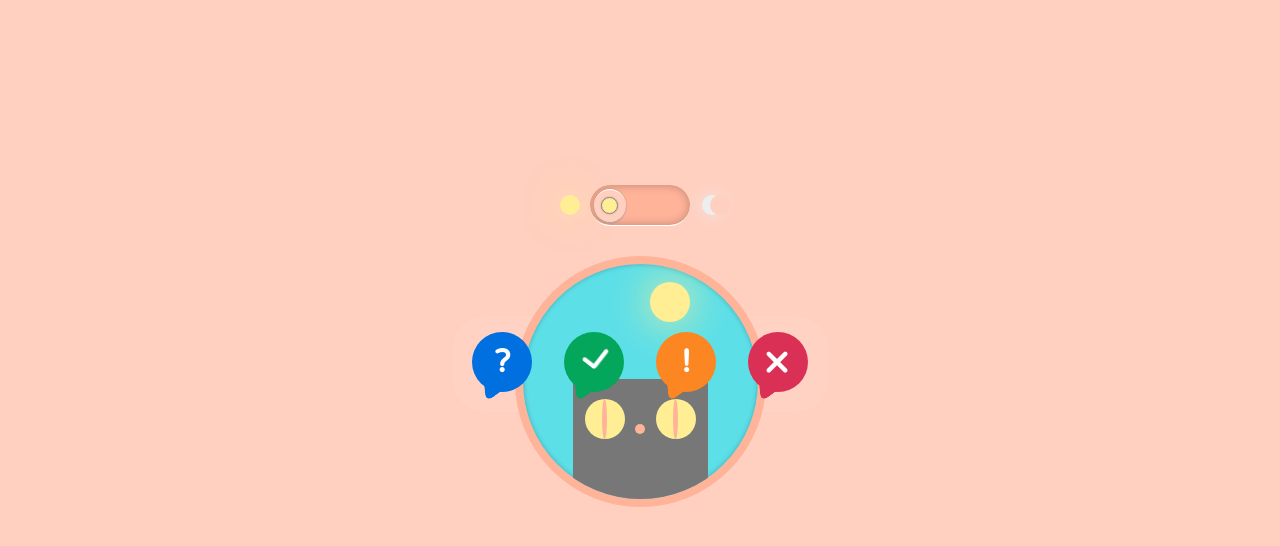
Repository: KHANas02/cat_1
Page: index.html
An editor plug-in stored every save of this project. The page is shown before and after the next save, followed by the edit.
The browser window is 1280 px wide. The pictures show the whole page.

Above is the page before, as saved 2024-03-31 06:24:50.

### index.html
<!DOCTYPE html>
<html lang="en">
  <head>
    <meta charset="UTF-8" />
    <meta name="viewport" content="width=device-width, initial-scale=1.0" />
    <title>asa</title>
    <link rel="stylesheet" href="./style.css" />
  </head>
  <body>
    <input type="checkbox" name="t-help" id="t-help" checked />
    <input type="checkbox" name="t-success" id="t-success" checked />
    <input type="checkbox" name="t-warning" id="t-warning" checked />
    <input type="checkbox" name="t-error" id="t-error" checked />
    <div class="toast-panel">
      <div class="toast-item help">
        <div class="toast help">
          <label for="t-help" class="close"></label>
          <h3>Help!</h3>
          <p>
            Do you have a problem? Just use this <a href="#">contact form</a>.
          </p>
        </div>
      </div>
      <div class="toast-item success">
        <div class="toast success">
          <label for="t-success" class="close"></label>
          <h3>Success!</h3>
          <p>Your message has been sent successfully.</p>
        </div>
      </div>
      <div class="toast-item warning">
        <div class="toast warning">
          <label for="t-warning" class="close"></label>
          <h3>Warning!</h3>
          <p>Sorry, there was a problem with your request.</p>
        </div>
      </div>
      <div class="toast-item error">
        <div class="toast error">
          <label for="t-error" class="close"></label>
          <h3>Error!</h3>
          <p>Change a few thing up and try submitting again.</p>
        </div>
      </div>
      <div class="toast-icons">
        <label for="t-help" class="toast-icon icon-help"></label>
        <label for="t-success" class="toast-icon icon-success"></label>
        <label for="t-warning" class="toast-icon icon-warning"></label>
        <label for="t-error" class="toast-icon icon-error"></label>
      </div>
    </div>
    <br /><br /><br /><br />

    <div class="the-container">
      <input type="checkbox" id="toggle" />
      <label for="toggle"></label>

      <div class="day-night-cont">
        <span class="the-sun"></span>
        <div class="the-moon"><span class="moon-inside"></span></div>
      </div>

      <div class="switch">
        <div class="button">
          <div class="b-inside"></div>
        </div>
      </div>

      <div class="c-window">
        <span class="the-sun"></span>
        <span class="the-moon"></span>

        <div class="the-cat">
          <div class="cat-face">
            <section class="eyes left"><span class="pupil"></span></section>
            <section class="eyes right"><span class="pupil"></span></section>

            <span class="nose"></span>
          </div>
        </div>
      </div>
    </div>
  </body>
</html>

### style.css
@import url('https://fonts.googleapis.com/css2?family=Varela+Round&display=swap');

:root {
	--tr: all 0.5s ease 0s;
	--ch1: #05478a;
	--ch2: #0070e0;
	--cs1: #005e38;
	--cs2: #03a65a;
	--cw1: #c24914;
	--cw2: #fc8621;
	--ce1: #851d41;
	--ce2: #db3056;
}

body {
	margin: 0;
	padding: 0;
	width: 100vw;
	height: 100vh;
	overflow: hidden;
	display: flex;
	align-items: center;
	justify-content: flex-end;
	flex-direction: column;
	background: radial-gradient(circle at 50% 100%, #1d2232, #262434);
	font-family: "Varela Round", sans-serif;
}

.toast-panel {
	display: flex;
	flex-direction: column;
	align-items: center;
	justify-content: center;
	transition: var(--tr);
	position: absolute;
	padding: 0 1rem;
	height: 100%;
	min-height: 20rem;
	min-width: 375px;
}

.toast-item {
	overflow: hidden;
	max-height: 25rem;
	transition: var(--tr);
	animation: show-toast 4s ease 3s 1;
}

@keyframes show-toast {
	0%, 50%, 100% { max-height: 0; opacity: 0; }
	10%, 25% { max-height: 15rem; opacity: 1; }
}

.toast {
	background-color: #232b2b;
	background: var(--bg);
	color: #f5f5f5;
	padding: 1rem 2rem 1rem 6rem;
	text-align: center;
	border-radius: 2rem;
	position: relative;
	font-weight: 300;
	margin: 1.75rem 0 1rem;
	text-align: left;
	max-width: 15rem;
	transition: var(--tr);
	opacity: 1;
}

.toast:before {
	content: "";
	position: absolute;
	width: 5.5rem;
	height: 6rem;
	--drop:
		radial-gradient(circle at 64% 51%, var(--clr) 0.45rem, #fff0 calc(0.45rem + 1px)), /*ball 1*/
		radial-gradient(circle at 100% 100%, #fff0 0.9rem, var(--clr) calc(0.9rem + 1px) 1.25rem, #fff0 calc(1.25rem + 1px) 100%), /*neck 2*/
		radial-gradient(circle at 0% 0%, #fff0 0.9rem, var(--clr) calc(0.9rem + 1px) 1.25rem, #fff0 calc(1.25rem + 1px) 100%), /*neck 1*/
		radial-gradient(circle at 0% 120%, var(--clr) 4rem, #fff0 calc(4rem + 1px)) /*big 1*/;
	background:
		radial-gradient(circle at 22% 3.8rem, var(--clr) 0.75rem, #fff0 calc(0.75rem + 1px)), /*ball 8*/
		radial-gradient(circle at 95% 1.9rem, var(--clr) 0.07rem, #fff0 calc(0.07rem + 1px)), /*ball 7*/
		radial-gradient(circle at 80% 2.25rem, var(--clr) 0.18rem, #fff0 calc(0.18rem + 1px)), /*ball 6*/
		radial-gradient(circle at 80% 75%, var(--clr) 0.35rem, #fff0 calc(0.35rem + 1px)), /*ball 5*/
		radial-gradient(circle at 43% 2.3rem, var(--clr) 0.07rem, #fff0 calc(0.07rem + 1px)), /*ball 4*/
		radial-gradient(circle at 40% 1rem, var(--clr) 0.12rem, #fff0 calc(0.12rem + 1px)), /*ball 3*/
		radial-gradient(circle at 20% 1.5rem, var(--clr) 0.25rem, #fff0 calc(0.25rem + 1px)), /*ball 2*/
		var(--drop),
		#f000;
	background-repeat: no-repeat;
	background-size: 100% 100%, 100% 100%, 100% 100%, 100% 100%, 100% 100%, 100% 100%, 100% 100%, 100% 100%, 1.625rem 1.625rem, 1.625rem 1.625rem, 100% 100%, 100% 100%;
	background-position: 0 0, 0 0, 0 0, 0 0, 0 0, 0 0, 0 0, 0 0, calc(100% - 1.75rem) 2.85rem, calc(100% - 1.75rem) 2.95rem, 0 0, 0 0;
	bottom: 0rem;
	left: 0rem;
	z-index: 0;
	border-radius: 0 0 0 2rem;
}

.toast:after {
	content: "";
	position: absolute;
	width: 3.5rem;
	height: 3.5rem;
	background: var(--clr);
	top: -1.75rem;
	left: 2rem;
	border-radius: 3rem;
	padding-top: 0.2rem;
	display: flex;
	align-items: center;
	justify-content: center;
	font-size: 2.25rem;
	box-sizing: border-box;
}

.toast h3 {
	font-size: 1.35rem;
	margin: 0;
	line-height: 1.35rem;
	font-weight: 300;
	position: relative;
}

.toast h3:before,
.toast-icon:before {
	border: 0.5rem solid #fff0;
	width: 0;
	height: 0;
	position: absolute;
	content: "";
	left: -3.45rem;
	border-top: 1rem solid var(--clr);
	border-left: 1rem solid var(--clr);
	top: -0.4em;
	transform: rotate(-96deg) skewX(30deg);
	border-radius: 0.5rem;
}

.toast p {
	position: relative;
	font-size: 0.95rem;
	z-index: 1;
	margin: 0.25rem 0 0;
}

.close {
	position: absolute;
	width: 1.35rem;
	height: 1.35rem;
	text-align: center;
	right: 1rem;
	cursor: pointer;
	border-radius: 100%;
}

.close:after {
	position: absolute;
	font-family: 'Varela Round', san-serif;
	width: 100%;
	height: 100%;
	left: 0;
	font-size: 1.8rem;
	content: "+";
	transform: rotate(45deg);
	border-radius: 100%;
	display: flex;
	align-items: center;
	justify-content: center;
}

.close:hover {
	background: #f5f5f5;
	color: var(--clr);
}




.toast-item.success {
	animation-delay: 2s;
}

.toast-item.warning {
	animation-delay: 1s;
}

.toast-item.error {
	animation-delay: 0s;
}



.toast.help {
	--clr: var(--ch1);
	--bg: var(--ch2);
}
.toast.help:after,
.icon-help:after {
	content: "?";
}

.toast.success {
	--clr: var(--cs1);
	--bg: var(--cs2);
}

.toast.success:after,
.icon-success:after {
	content: "L";
	font-size: 1.7rem;
	font-weight: bold;
	padding-bottom: 0.5rem;
	transform: rotateY(180deg) rotate(-38deg);
	text-indent: 0.15rem;
}

.toast.warning {
	--clr: var(--cw1);
	--bg: var(--cw2);
}

.toast.warning:after,
.icon-warning:after {
	content: "!";
	font-weight: bold;
}

.toast.error {
	--clr: var(--ce1);
	--bg: var(--ce2);
}

.toast.error:after,
.icon-error:after {
	content: "+";
	font-size: 3rem;
	line-height: 1.2rem;
	transform: rotate(45deg);
}


.toast.success:before {
	--drop: radial-gradient(circle at 65% 63%, var(--clr) 0.425rem, #fff0 calc(0.425rem + 1px)), /*ball 1*/ radial-gradient(circle at 70% 125%, #fff0 1rem, var(--clr) calc(1rem + 1px) 1.25rem, #fff0 calc(1.25rem + 1px) 100%), /*neck 2*/ radial-gradient(circle at 30% -25%, #fff0 1rem, var(--clr) calc(1rem + 1px) 1.25rem, #fff0 calc(1.25rem + 1px) 100%), /*neck 1*/ radial-gradient(circle at 20% 120%, var(--clr) 3.5rem, #fff0 calc(3.5rem + 1px)) /*big 1*/;
	background-position: 0 0.4rem, -0.2rem 3.3rem, 0 0.4rem, -2rem -1.5rem, -0.8rem 0rem, -1rem 0.4rem, 0rem 1.5rem, 1.2rem 0.4rem, calc(100% - 0.75rem) 3.5rem, calc(100% - 0.75rem) 3.75rem, 0 0rem, 0 0rem;
}

.toast.warning:before {
	--drop: radial-gradient(circle at 65% 63%, var(--clr) 0.425rem, #fff0 calc(0.425rem + 1px)), /*ball 1*/ radial-gradient(circle at 129% 36%, #fff0 1rem, var(--clr) calc(1rem + 1px) 1.25rem, #fff0 calc(1.25rem + 1px) 100%), /*neck 2*/ radial-gradient(circle at -27% 25%, #fff0 1rem, var(--clr) calc(1rem + 1px) 1.25rem, #fff0 calc(1.25rem + 1px) 100%), /*neck 1*/ radial-gradient(circle at 20% 120%, var(--clr) 3.5rem, #fff0 calc(3.5rem + 1px)) /*big 1*/;
	background-position: 1.82rem 0.65rem, -1.2rem 1.2rem, -2rem 0.75rem, -3.5rem -1.95rem, -0.5rem -0.55rem, 3rem 4.25rem, 0rem -0.5rem, 1.2rem 0.4rem, calc(100% - 3.9rem) 2.75rem, calc(100% - 3.75rem) 2.75rem, 0 0rem, 0 0rem;
}

.toast.error:before {
	--drop: radial-gradient(circle at 65% 63%, var(--clr) 0.425rem, #fff0 calc(0.425rem + 1px)), /*ball 1*/ radial-gradient(circle at 129% 36%, #fff0 1rem, var(--clr) calc(1rem + 1px) 1.25rem, #fff0 calc(1.25rem + 1px) 100%), /*neck 2*/ radial-gradient(circle at -27% 25%, #fff0 1rem, var(--clr) calc(1rem + 1px) 1.25rem, #fff0 calc(1.25rem + 1px) 100%), /*neck 1*/ radial-gradient(circle at 20% 120%, var(--clr) 3.5rem, #fff0 calc(3.5rem + 1px)) /*big 1*/;
	background-position: 1.75rem 0.75rem, -0.75rem 1.2rem, -1.3rem 0.5rem, -3.5rem -2.5rem, -0.4rem 0rem, 2rem 1.25rem, 0.82rem 1.6rem, 0.5rem 1.65rem, calc(100% - 2.99rem) 3.25rem, calc(100% - 2.75rem) 3rem, 0 0rem, 0 0rem;
}


.toast a {
	color: #fff;
}

.toast-item.closed {
	max-height: 0;
}




/*** ICONS ***/

.toast-icons {
	background: #fff1;
	padding: 1rem 1rem 1.25rem 1rem;
	display: flex;
	justify-content: space-around;
	border-radius: 2rem;
	gap: 1.5rem;
	width: 100%;
	box-sizing: border-box;
	margin-top: 1.5rem;
	margin-bottom: 1rem;
}

.toast-icon {
	width: 3.75rem;
	height: 3.75rem;
	border-radius: 100%;
	display: flex;
	align-items: center;
	justify-content: center;
	color: #fff;
	cursor: pointer;
	position: relative;
}

.toast-icon:before {
	left: 0.7rem;
	top: 2.4em;
	transform: rotate(-96deg) skewX(30deg);
}

.toast-icon:after {
	font-size: 2rem;
	font-weight: bold;
}

.icon-error:after {
	font-size: 3.6rem;
	line-height: 2rem;
	font-weight: 500;
	padding-top: 0.25rem;
	max-height: 2rem;
}


.icon-help {
	background: #0070e0;
	--clr: #0070e0;
}

.icon-success {
	background: #03a65a;
	--clr: #03a65a;
}

.icon-warning {
	background: #fc8621;
	--clr: #fc8621;
}

.icon-error {
	background: #db3056;
	--clr: #db3056;
}


#t-help:checked ~ .toast-panel .toast-item.help,
#t-success:checked ~ .toast-panel .toast-item.success,
#t-warning:checked ~ .toast-panel .toast-item.warning,
#t-error:checked ~ .toast-panel .toast-item.error {
	max-height: 0;
	opacity: 0;
}

input[type=checkbox] {
	display: none;
}




/* DAY STYLES*/

body{
  background: #FFCFBF;
}

.the-container{
  display: block;
  position: absolute;
  width: 500px;
  height: 350px;
  margin: auto;
  top: 0;
  bottom: 0;
  left: 0;
  right: 0;
}

.c-window{
  display: block;
  position: relative;
  width: 235px;
  height: 235px;
  margin: 0 auto;
  border-radius: 100%;
  border: 8px solid #FFB399;
  background: #5ddfe8;
  box-shadow: 0px 0px 5px rgba(0,0,0,0.25) inset;
  overflow: hidden;
	transition: background 1s ease-in-out;
}

.c-window .the-sun{
  display: block;
  position: relative;
  top: 18px;
  height: 40px; width: 40px;
  background: #FFEE94;
  border-radius: 100%;
  margin: 0 auto;
  box-shadow: 0px 0px 40px #FFEE94;
  left: 30px;
	transition: top .5s ease-in-out;
}

.c-window .the-moon{
  position: relative;
  height: 24px; width: 24px;
	top: 200px;
  background: #EEE;
  border-radius: 100%;
  box-shadow: 0px 0px 20px #FFF;
  transition: top .5s ease-in-out;
}

.c-window .the-cat{
  display: block;
  position: absolute;
  bottom: -20px;
  height: 140px;
  width: 135px;
  margin: 0 50px;
  background: #777777;
  transition: bottom .25s ease-in-out;
}

.c-window .the-cat:before{
   width: 0;
    height: 0;
    border-left: 0px solid transparent;
    border-right: 30px solid transparent;
    border-bottom: 20px solid #777;
    top: -20px;
    left: 0;
    position: absolute;
    content: "";
}
.c-window .the-cat:after{
   width: 0;
    height: 0;
    border-right: 0px solid transparent;
    border-left: 30px solid transparent;
    border-bottom: 20px solid #777;
    top: -20px;
    right: 0;
    position: absolute;
    content: "";
}

.c-window .the-cat:hover{
  display: block;
  position: absolute;
  bottom: -40px;
	cursor: pointer;
}

.c-window .the-cat .eyes{
   display: block;
  position: absolute;
  background: #FFEE94;
  height: 40px; width: 40px;
  border-radius: 100%;
  bottom: 80px;
}

.c-window .the-cat:hover .eyes{
  display: block;
  position: absolute;
  height: 8px; width: 40px;
  bottom: 100px;
}


.c-window .the-cat .eyes.left{
  left: 12px;
}

.c-window .the-cat .eyes.right{
  right: 12px;
}

.c-window .the-cat .eyes .pupil{
   display: block;
  position: relative;
  background: #FFB399;
  height: 100%; width: 5px;
  border-radius: 100%;
  margin: 0 auto;
	transition: width .5s ease-in-out;
}

.c-window .the-cat .nose{
   display: block;
  position: relative;
  background: #FFB399;
  height: 10px; width: 10px;
  border-radius: 100%;
  margin: 0 auto;
  top: 45px;
}


input[type=checkbox] {
    position: absolute;
    top: -9999px;
    left: -9999px;
}

 input#toggle[type=checkbox]{
     display:none;
 }


label {
    position: absolute;
    height: 40px;
    width: 120px;
    display: block;
    top: 0px; bottom: 0; right: 0; left:0;
    z-index: 9999;
    cursor: pointer;
    margin: 0 auto;
}

.switch {
  display: block;
  position: relative;
  border-bottom: 1px solid #FFF;
  border-radius: 25px;
  background: #FFB399;
  box-shadow: inset 0 0 10px #888888;
  -webkit-box-shadow: inset 0 0 10px rgba(0,0,0,0.25);
  height: 40px;
  width: 100px;
  margin: 0px auto 30px auto;
}

.switch .button{
  display: block;
  position: absolute;
  border-top: 1px solid #FFF;
  border-bottom: 1px solid #AAA;
  border-radius: 100%;
  background: #FFCFBF;
  height: 32px;
  width: 32px;
  top: 4px;
  left: 4px;
  box-shadow: 0 0 2px rgba(0,0,0,0.25)
}

.switch .button .b-inside{
  display: block;
  position: absolute;
  border: 1px solid #888;
  border-radius: 100%;
  background: #FFEE94;
  height: 15px;
  width: 15px;
  top: 7px;
  left: 7px;
  box-shadow: 0 0 2px rgba(0,0,0,0.25)
}

.day-night-cont {
  display: block;
  position: absolute;
  width: 180px;
  margin: 0 auto;
  left: 0; right: 0; top: 0; bottom:0;
  height: 40px;
  top: 0px;
}

.day-night-cont .the-sun{
  display: block;
  position: absolute;
  left: 10px;
  top: 10px;
  height: 20px;
  width: 20px;
  border-radius: 100%;
  background: #FFEE94;
  box-shadow: 0px 0px 40px #FFEE94;
}

.day-night-cont .the-moon {
  display: block;
  position: absolute;
  right: 8px;
  top: 10px;
  height: 20px;
  width: 20px;
  border-radius: 100%;
  background: #EEE;
  box-shadow: 0px 0px 20px #EEE;
}

.day-night-cont .the-moon .moon-inside{
  display: block;
  position: absolute;
  left: 8px;
  height: 20px;
  width: 20px;
  border-radius: 100%;
  background: #FFCFBF;
}

/* TOGGLE */

.switch .button {
    transition: left .25s ease-in-out;
    -webkit-transition: left .25s ease-in-out;
}

input[type=checkbox]:checked ~ .switch .button {
    position: absolute;
    left: 64px;
}

/* NIGHT ANIMATION */

input[type=checkbox]:checked ~ .c-window {
  background: #111;
}

input[type=checkbox]:checked ~ .c-window .the-sun{
	top: 200px;
}

input[type=checkbox]:checked ~ .c-window .the-moon{
  display: block;
  position: absolute;
  margin: 0 auto;
  top: 40px;
  left: 60px;
}

input[type=checkbox]:checked ~ .c-window .the-cat{
  background: #444;
}

input[type=checkbox]:checked ~ .c-window .the-cat:before{
   width: 0;
    height: 0;
    border-left: 0px solid transparent;
    border-right: 30px solid transparent;
    border-bottom: 20px solid #444;
    top: -20px;
    left: 0;
    position: absolute;
    content: "";
}
input[type=checkbox]:checked ~ .c-window .the-cat:after{
   width: 0;
    height: 0;
    border-right: 0px solid transparent;
    border-left: 30px solid transparent;
    border-bottom: 20px solid #444;
    top: -20px;
    right: 0;
    position: absolute;
    content: "";
}



input[type=checkbox]:checked ~ .c-window .the-cat .eyes .pupil{
  height: 90%; width: 34px;
  margin: 5% auto;
}

input[type=checkbox]:checked ~ .c-window .the-cat:hover .eyes{
  height: 40px;
  bottom: 80px;
}

After the next save:
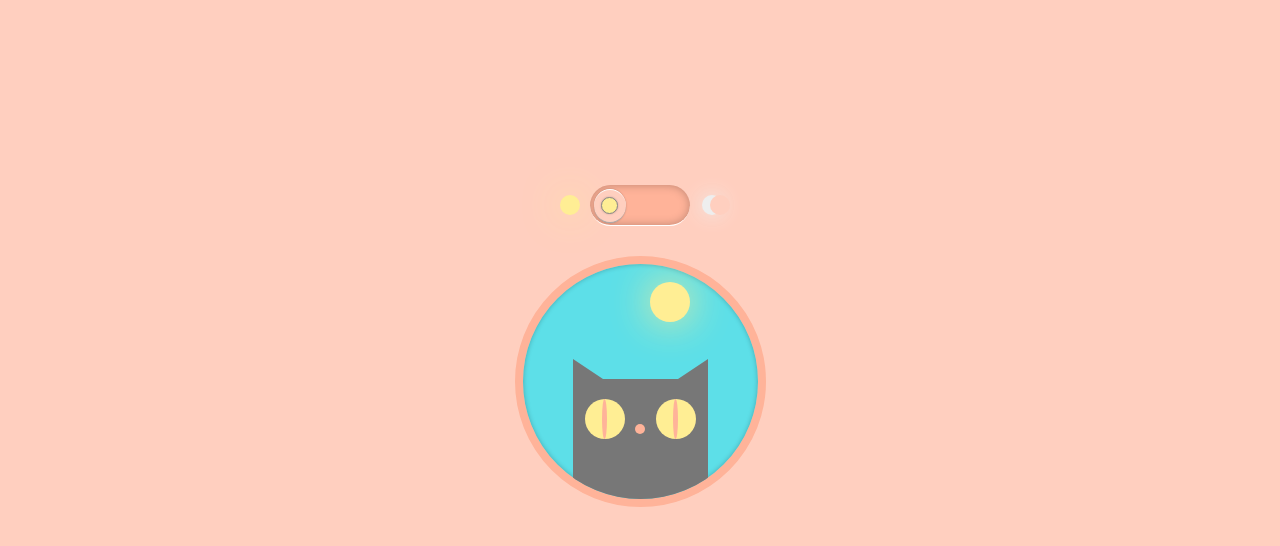
Saved 100 s later.
--- a/index.html
+++ b/index.html
@@ -7,7 +7,7 @@
     <link rel="stylesheet" href="./style.css" />
   </head>
   <body>
-    <input type="checkbox" name="t-help" id="t-help" checked />
+    <!-- <input type="checkbox" name="t-help" id="t-help" checked />
     <input type="checkbox" name="t-success" id="t-success" checked />
     <input type="checkbox" name="t-warning" id="t-warning" checked />
     <input type="checkbox" name="t-error" id="t-error" checked />
@@ -48,7 +48,7 @@
         <label for="t-warning" class="toast-icon icon-warning"></label>
         <label for="t-error" class="toast-icon icon-error"></label>
       </div>
-    </div>
+    </div> -->
     <br /><br /><br /><br />
 
     <div class="the-container">
